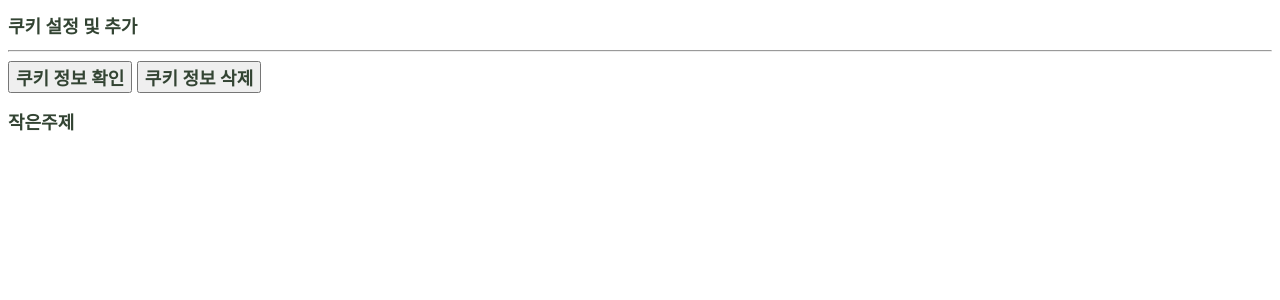
Repository: hyyrim/WebStudy
Page: http://localhost/WebApp15/TestSetCookie.jsp
The author's editor kept a copy of each file at every save. The page is drawn from the files as they stood at one save, then again after the next save.
The browser window is 1280 px wide. The pictures show the whole page.
The page is served by Tomcat 9.

Above is the page before, as saved 2021-05-20 00:29:12.

After the next save:
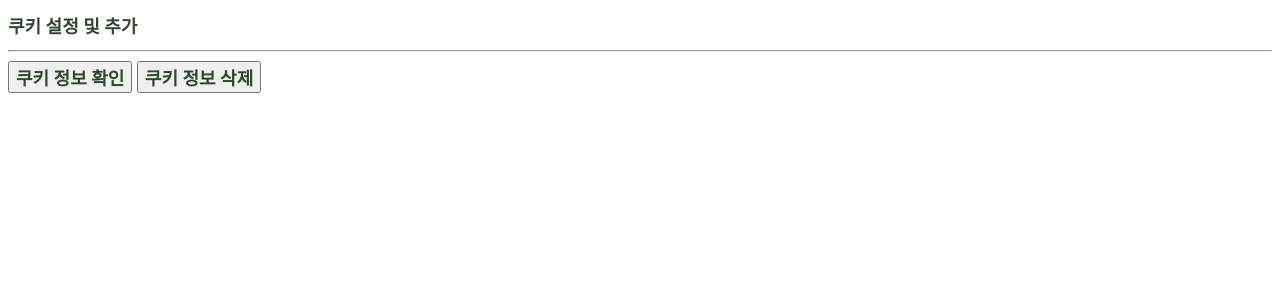
Saved 46 s later.
--- a/WebApp15/WebContent/TestSetCookie.jsp
+++ b/WebApp15/WebContent/TestSetCookie.jsp
@@ -35,12 +35,6 @@
 	<a><button type="button" class="btn">쿠키 정보 삭제</button></a>
 </div>
 
-<div>
-	<h2>작은주제</h2>
-	<form>
-	</form>
-</div>
-
 
 </body>
 </html>
